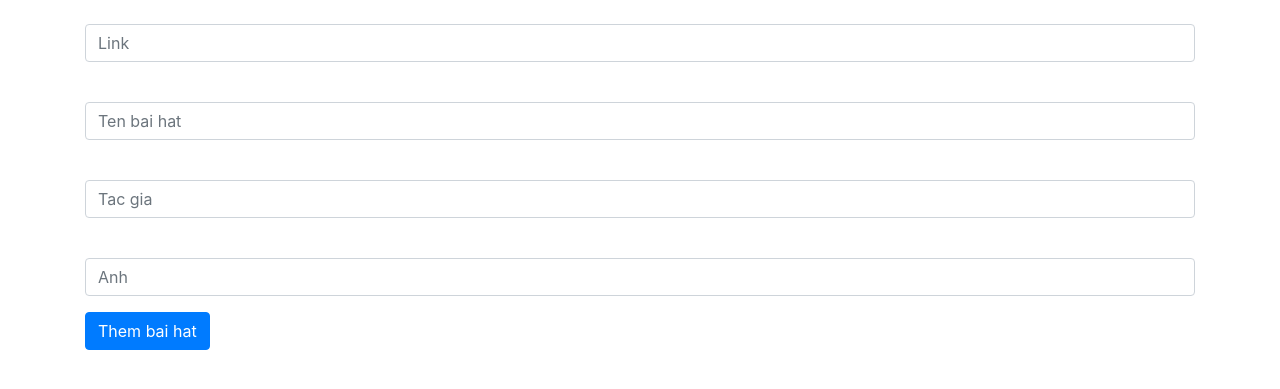
Repository: dovanthao2404/AppMusicHoHo
Page: inex.html
The author's editor kept a copy of each file at every save. The page is drawn from the files as they stood at one save, then again after the next save.
The browser window is 1280 px wide. The pictures show the whole page.

Above is the page before, as saved 2021-08-05 08:23:49.

### inex.html
<!DOCTYPE html>
<html lang="en">

<head>
  <meta charset="UTF-8">
  <meta http-equiv="X-UA-Compatible" content="IE=edge">
  <meta name="viewport" content="width=device-width, initial-scale=1.0">
  <title>Document</title>

  <link rel="stylesheet" href="https://cdn.jsdelivr.net/npm/bootstrap@4.6.0/dist/css/bootstrap.min.css"
    integrity="sha384-B0vP5xmATw1+K9KRQjQERJvTumQW0nPEzvF6L/Z6nronJ3oUOFUFpCjEUQouq2+l" crossorigin="anonymous">
</head>

<body>

  <div class="container">
    <div class="w-5 mx-auto">
      <form>
        <div class="form-group">
          <label for="link"></label>
          <input class="form-control" id="link" type="text" placeholder="Link ">
        </div>
        <div class="form-group">
          <label for="name"></label>
          <input class="form-control" id="name" type="text" placeholder="Ten bai hat">
        </div>
        <div class="form-group">
          <label for="author"></label>
          <input class="form-control" id="author" type="text" placeholder="Tac gia">
        </div>
        <div class="form-group">
          <label for="img"></label>
          <input class="form-control" id="img" type="text" placeholder="Anh">
        </div>
        <button id="btnAddMusic" class="btn btn-primary">Them bai hat</button>
      </form>
    </div>
  </div>

  <script src="https://code.jquery.com/jquery-3.5.1.slim.min.js"
    integrity="sha384-DfXdz2htPH0lsSSs5nCTpuj/zy4C+OGpamoFVy38MVBnE+IbbVYUew+OrCXaRkfj"
    crossorigin="anonymous"></script>
  <script src="https://cdn.jsdelivr.net/npm/bootstrap@4.6.0/dist/js/bootstrap.bundle.min.js"
    integrity="sha384-Piv4xVNRyMGpqkS2by6br4gNJ7DXjqk09RmUpJ8jgGtD7zP9yug3goQfGII0yAns"
    crossorigin="anonymous"></script>
  <script src="https://cdn.jsdelivr.net/npm/axios/dist/axios.min.js"></script>

  <script src="./js/main.js"></script>
</body>

</html>

Loaded but not shown: js/main.js (common file)

After the next save:
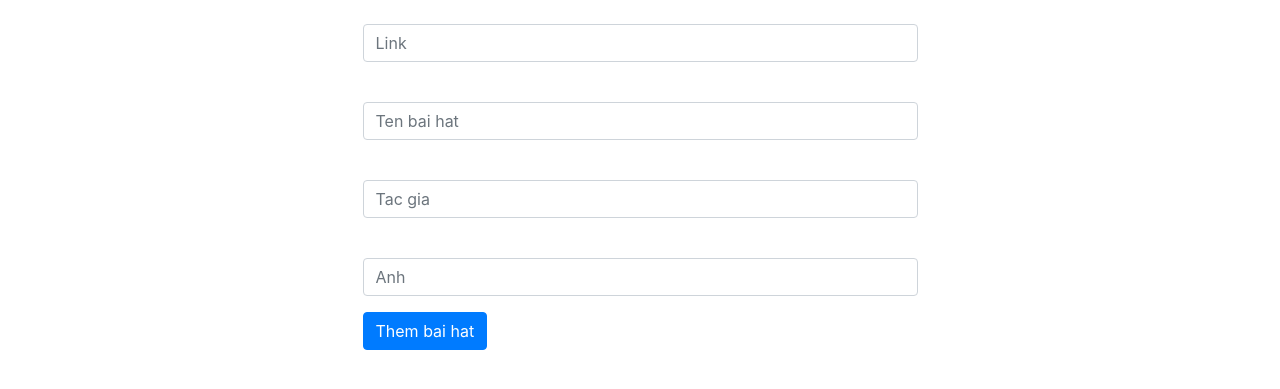
Saved 45 s later.
--- a/inex.html
+++ b/inex.html
@@ -14,7 +14,7 @@
 <body>
 
   <div class="container">
-    <div class="w-5 mx-auto">
+    <div class="w-50 mx-auto">
       <form>
         <div class="form-group">
           <label for="link"></label>
